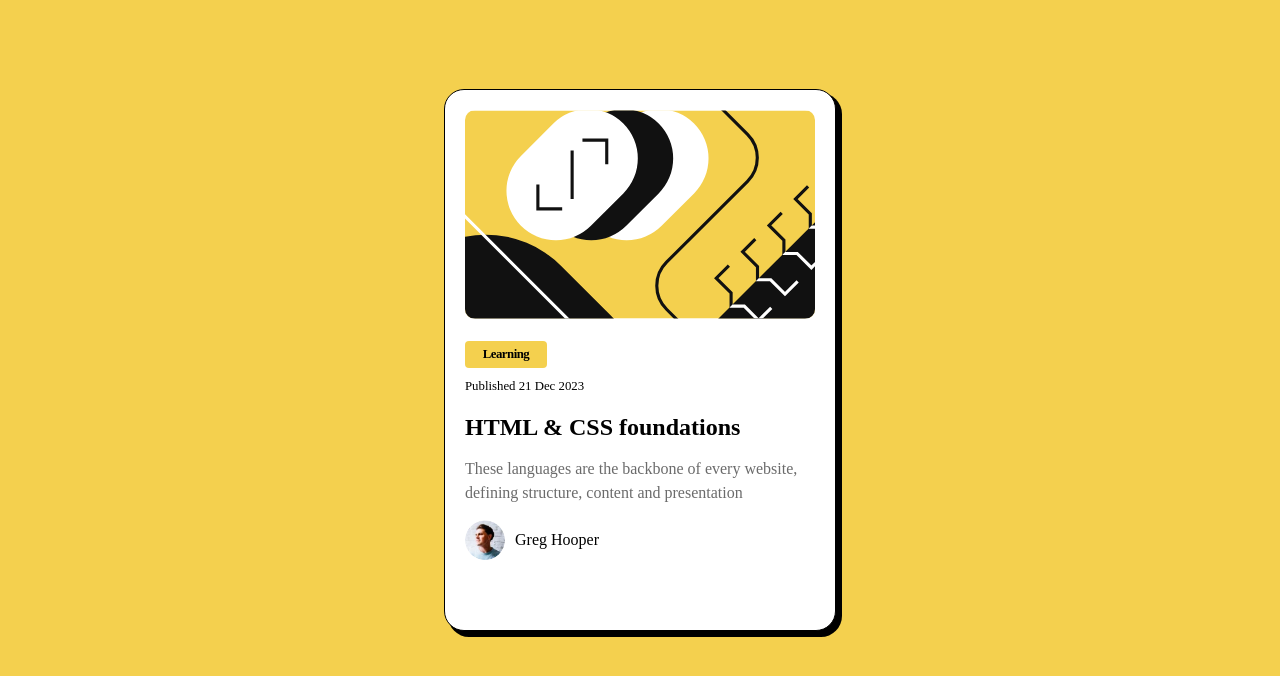
Repository: brandontaylor1/blogpreviewcard
Page: index.html
An editor plug-in stored every save of this project. The page is shown before and after a run of saves, followed by the edit.
The browser window is 1280 px wide. The pictures show the whole page.

Above is the page before, as saved 2024-12-25 11:57:20.

After the next 2 saves:
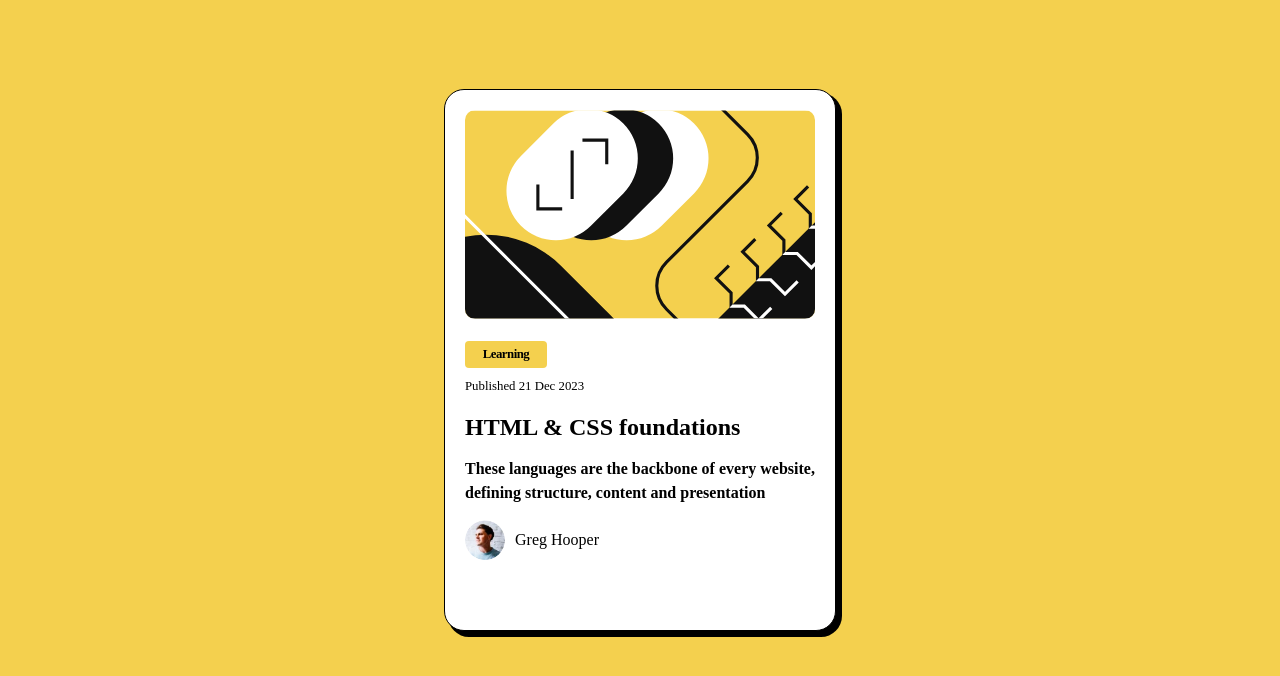
The 2 saves are shown as one change because they came seconds apart.
The last was saved 25 s later.
--- a/index.css
+++ b/index.css
@@ -92,8 +92,7 @@ body {
 .card-content-text h3 {
     font-size: 1rem;
     line-height: 1.5;
-    font-family: var(--main-font-family);
-    font-weight: var(--main-font-weight-reg);
+    font
     color: var(--primary-gray-reg);
     margin-bottom: 10px;
 }
